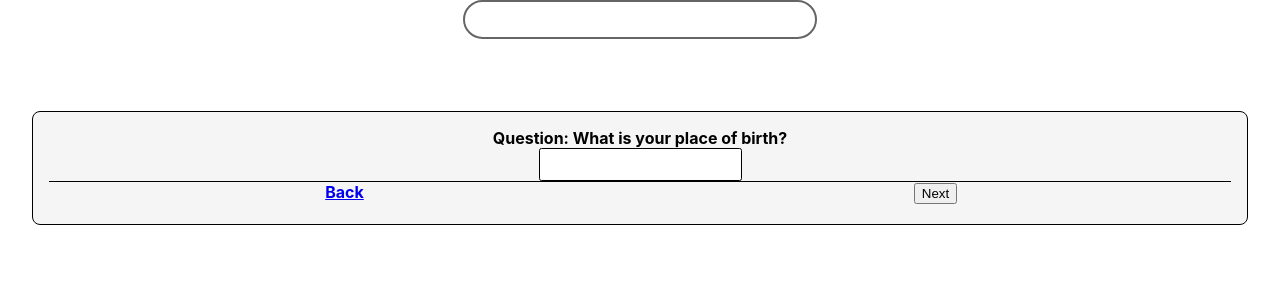
Repository: TheRungtaLibrary/survey
Page: /steps/2
These files come from the project's save history. The page is drawn as it stood at one moment and after the next save; the edit follows.
The browser window is 1280 px wide. The pictures show the whole page.
The project was rebuilt for these pictures with package versions that can differ from the ones it lists, and the page was loaded fresh each time. Also part of the build but not shown: src/App.css, src/components/Steps/Intro/Intro.js, src/components/Steps/Step1/Step1.js, src/components/Steps/Step3/Step3.js, src/components/Steps/Step4/Step4.js, src/components/Steps/Summary/Summary.scss, src/components/Steps/Summary/Summary.js.

Above is the page before, as saved 2020-03-19 18:40:33.

After the next save:
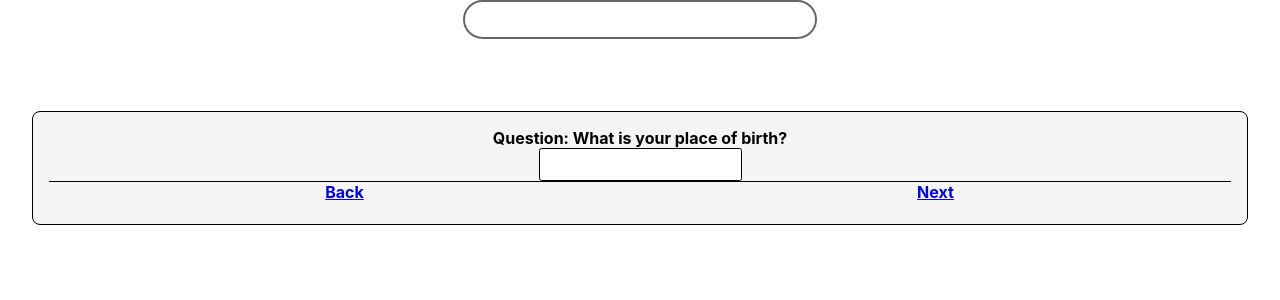
Saved 7 s later.
--- a/src/components/Steps/Step2/Step2.js
+++ b/src/components/Steps/Step2/Step2.js
@@ -35,8 +35,7 @@ const Step2 = () => {
           <Link to="/steps/1" onClick={onPrev}>Back</Link>
           </div>
           <div>
-            {/* <Link to="/steps/3" onClick={onSubmit}>Next</Link> */}
-            <button onClick={onSubmit}>Next</button>
+            <Link to="/steps/3" onClick={onSubmit}>Next</Link>
           </div>
         </div>
       </form>
